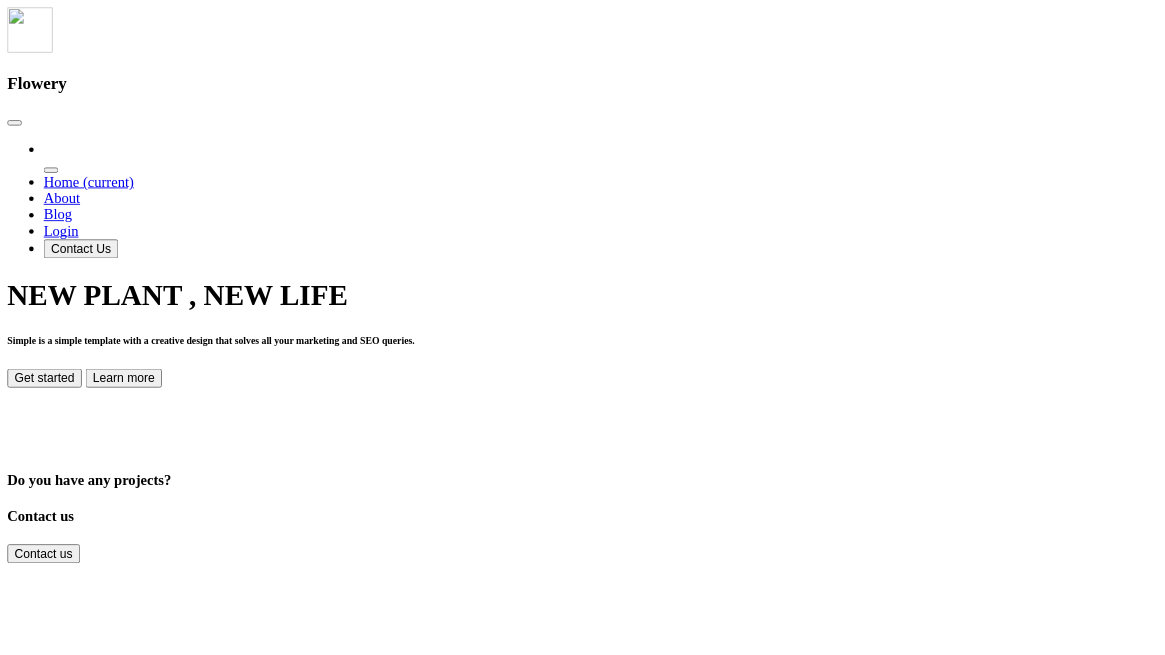
Repository: sara55m/Login
Page: http://localhost/welcome
These files come from the project's save history. The page is drawn as it stood at one moment and after the next save; the edit follows.
The browser window is 1280 px wide. The pictures show the whole page, at 91% of full size.
The page is served by the project's Laravel application, run on PHP 8.4 with Laravel 10. Other server files are loaded and not shown.

Above is the page before, as saved 2024-03-03 21:55:57.

### routes/web.php
<?php

use Illuminate\Support\Facades\Route;
use App\Http\Controllers\RegisterController;
use App\Http\Controllers\LoginController;

/*
|--------------------------------------------------------------------------
| Web Routes
|--------------------------------------------------------------------------
|
| Here is where you can register web routes for your application. These
| routes are loaded by the RouteServiceProvider and all of them will
| be assigned to the "web" middleware group. Make something great!
|
*/

Route::get('/welcome', function () {
    return view('welcome');
});


Route::get('/register', [RegisterController::class,'create']);


Route::post('/register/store', [RegisterController::class,'store']);

Route::get('/login', [LoginController::class,'create']);

Route::post('/login/store', [LoginController::class,'store']);

### resources/views/welcome.blade.php
<!DOCTYPE html>
<html lang="en">
<head>
  <title>Simple landing page</title>
  <meta charset="UTF-8">
  <meta name="viewport" content="width=device-width, initial-scale=1.0">
  <meta http-equiv="X-UA-Compatible" content="ie=edge">
  {{-- <link rel="stylesheet" href="vendors/owl-carousel/css/owl.carousel.min.css">
  <link rel="stylesheet" href="vendors/owl-carousel/css/owl.theme.default.css">
  <link rel="stylesheet" href="vendors/mdi/css/materialdesignicons.min.css">
  <link rel="stylesheet" href="vendors/aos/css/aos.css"> --}}
  <link rel="stylesheet" href="css/style.min.css">
</head>
<body id="body" data-spy="scroll" data-target=".navbar" data-offset="100">
  <header id="header-section">
    <nav class="navbar navbar-expand-lg pl-3 pl-sm-0" id="navbar">
    <div class="container">
      <div class="navbar-brand-wrapper d-flex w-100">
        <img src="images/plant2.png" height="50" width="50"  alt="">
        <h3 class="nav-link">Flowery</h3>
        <button class="navbar-toggler ml-auto" type="button" data-toggle="collapse" data-target="#navbarSupportedContent" aria-controls="navbarSupportedContent" aria-expanded="false" aria-label="Toggle navigation">
          <span class="mdi mdi-menu navbar-toggler-icon"></span>
        </button>
      </div>
      <div class="collapse navbar-collapse navbar-menu-wrapper" id="navbarSupportedContent">
        <ul class="navbar-nav align-items-lg-center align-items-start ml-auto">
          <li class="d-flex align-items-center justify-content-between pl-4 pl-lg-0">
            <div class="navbar-collapse-logo">
              <img src="images/Group2.svg" alt="">
            </div>
            <button class="navbar-toggler close-button" type="button" data-toggle="collapse" data-target="#navbarSupportedContent" aria-controls="navbarSupportedContent" aria-expanded="false" aria-label="Toggle navigation">
              <span class="mdi mdi-close navbar-toggler-icon pl-5"></span>
            </button>
          </li>
          <li class="nav-item">
            <a class="nav-link" href="#header-section">Home <span class="sr-only">(current)</span></a>
          </li>
          <li class="nav-item">
            <a class="nav-link" href="#features-section">About</a>
          </li>
          <li class="nav-item">
            <a class="nav-link" href="#digital-marketing-section">Blog</a>
          </li>
          <li class="nav-item">
            <a class="nav-link" href="/login">Login</a>
          </li>
          <li class="nav-item btn-contact-us pl-4 pl-lg-0">
            <button class="btn btn-info" data-toggle="modal" data-target="#exampleModal">Contact Us</button>
          </li>
        </ul>
      </div>
    </div>
    </nav>
  </header>
  <div class="banner" >
    <div class="container">
      <h1 class="font-weight-semibold">NEW PLANT , NEW LIFE</h1>
      <h6 class="font-weight-normal text-muted pb-3">Simple is a simple template with a creative design that solves all your marketing and SEO queries.</h6>
      <div>
        <button class="btn btn-opacity-light mr-1">Get started</button>
        <button class="btn btn-opacity-success ml-1">Learn more</button>
      </div>
      <img src="images/Group171.svg" alt="" class="img-fluid">
    </div>
  </div>
  <br/>
  <br/>
  <br/>
  <section class="contact-us" id="contact-section">
    <div class="contact-us-bgimage grid-margin" >
      <div class="pb-4">
        <h4 class="px-3 px-md-0 m-0" data-aos="fade-down">Do you have any projects?</h4>
        <h4 class="pt-1" data-aos="fade-down">Contact us</h4>
      </div>
      <div data-aos="fade-up">
        <button class="btn btn-rounded btn-outline-danger">Contact us</button>
      </div>
    </div>
  </section>



  {{-- <script src="vendors/jquery/jquery.min.js"></script>
  <script src="vendors/bootstrap/bootstrap.min.js"></script>
  <script src="vendors/owl-carousel/js/owl.carousel.min.js"></script>
  <script src="vendors/aos/js/aos.js"></script> --}}
  <script src="js/landingpage.js"></script>
</body>
</html>

After the next save:
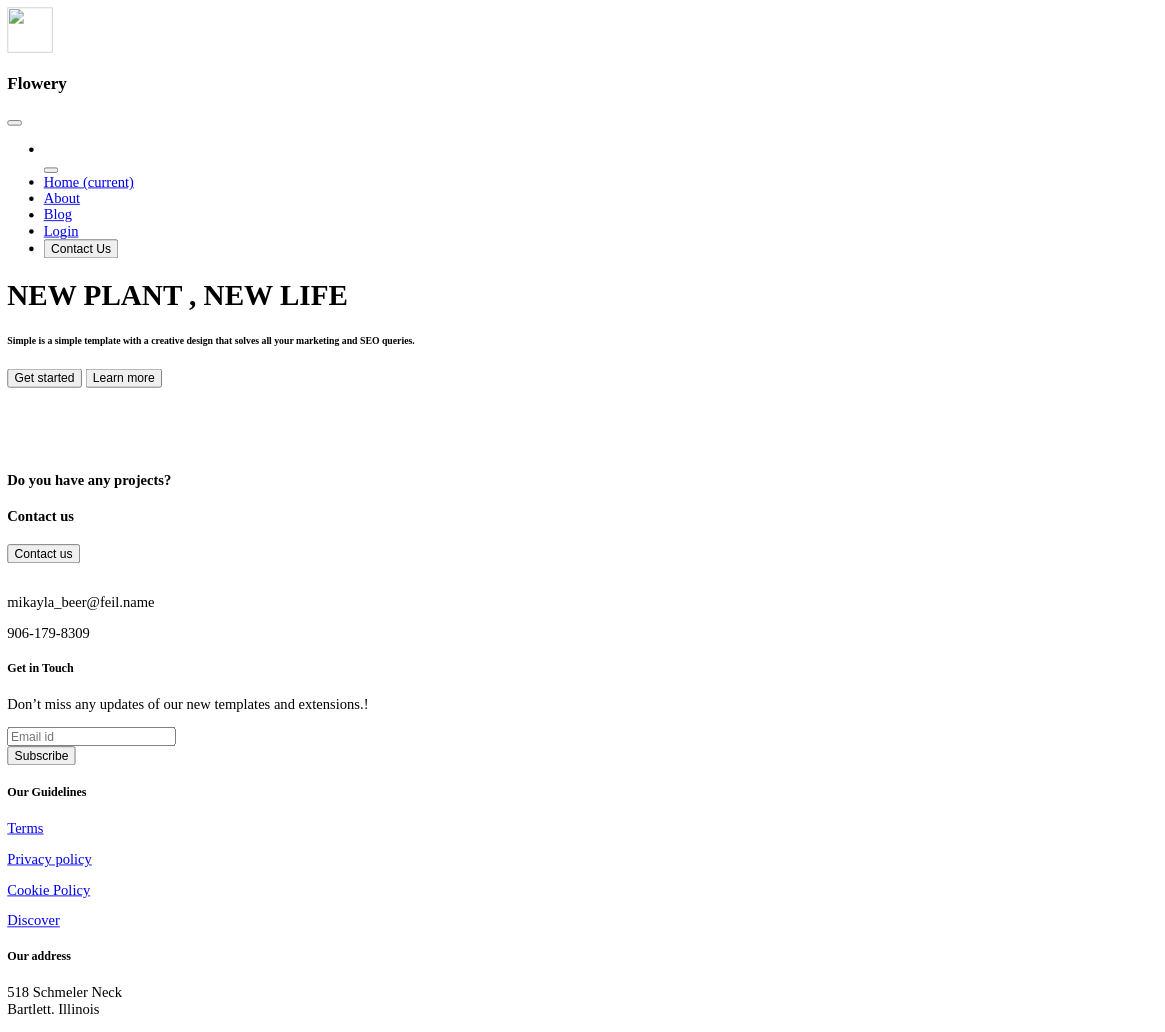
Saved 44 s later.
--- a/resources/views/welcome.blade.php
+++ b/resources/views/welcome.blade.php
@@ -78,6 +78,45 @@
     </div>
   </section>
 
+  <section class="contact-details" id="contact-details-section">
+    <div class="row text-center text-md-left">
+      <div class="col-12 col-md-6 col-lg-3 grid-margin">
+        <img src="images/Group2.svg" alt="" class="pb-2">
+        <div class="pt-2">
+          <p class="text-muted m-0">mikayla_beer@feil.name</p>
+          <p class="text-muted m-0">906-179-8309</p>
+        </div>
+      </div>
+      <div class="col-12 col-md-6 col-lg-3 grid-margin">
+        <h5 class="pb-2">Get in Touch</h5>
+        <p class="text-muted">Don’t miss any updates of our new templates and extensions.!</p>
+        <form>
+          <input type="text" class="form-control" id="Email" placeholder="Email id">
+        </form>
+        <div class="pt-3">
+          <button class="btn btn-dark">Subscribe</button>
+        </div>
+      </div>
+      <div class="col-12 col-md-6 col-lg-3 grid-margin">
+        <h5 class="pb-2">Our Guidelines</h5>
+        <a href="#"><p class="m-0 pb-2">Terms</p></a>
+        <a href="#" ><p class="m-0 pt-1 pb-2">Privacy policy</p></a>
+        <a href="#"><p class="m-0 pt-1 pb-2">Cookie Policy</p></a>
+        <a href="#"><p class="m-0 pt-1">Discover</p></a>
+      </div>
+      <div class="col-12 col-md-6 col-lg-3 grid-margin">
+          <h5 class="pb-2">Our address</h5>
+          <p class="text-muted">518 Schmeler Neck<br>Bartlett. Illinois</p>
+          <div class="d-flex justify-content-center justify-content-md-start">
+            <a href="#"><span class="mdi mdi-facebook"></span></a>
+            <a href="#"><span class="mdi mdi-twitter"></span></a>
+            <a href="#"><span class="mdi mdi-instagram"></span></a>
+            <a href="#"><span class="mdi mdi-linkedin"></span></a>
+          </div>
+      </div>
+    </div>
+  </section>
+
 
 
   {{-- <script src="vendors/jquery/jquery.min.js"></script>
